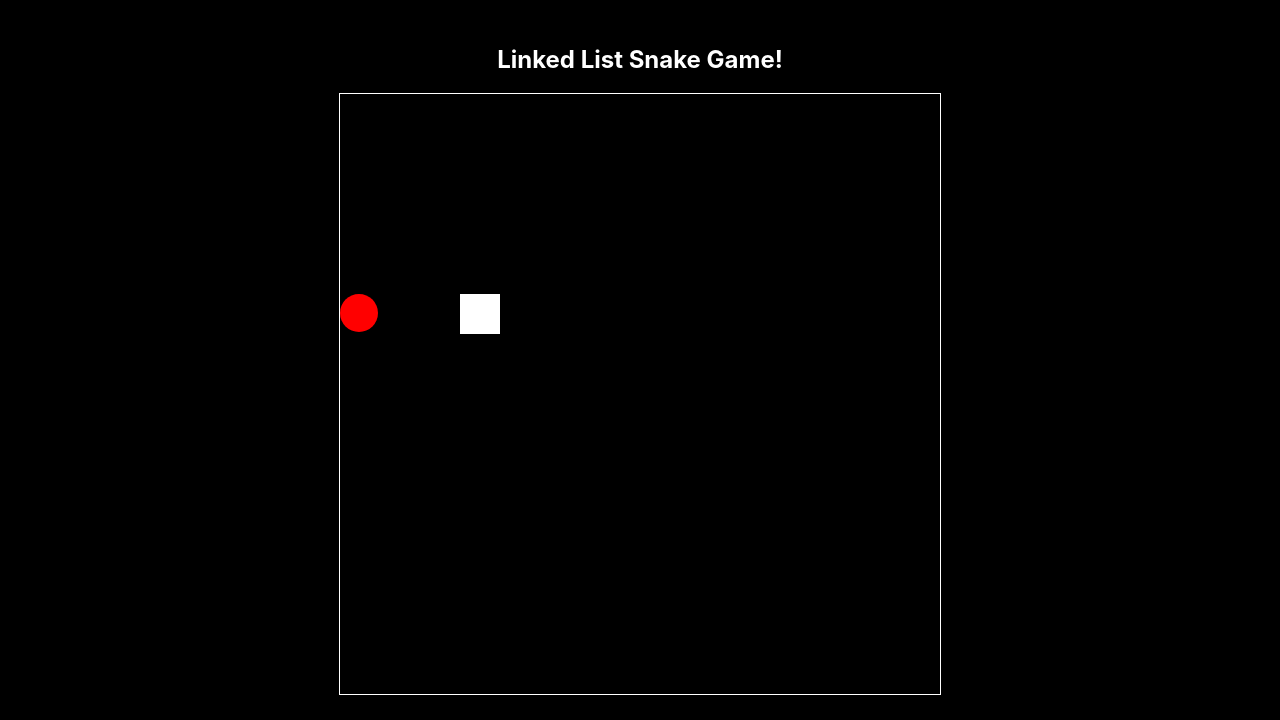
Repository: rehans-Life/linkedlist-snake-game
Page: /
An editor plug-in stored every save of this project. The page is shown before and after the next save, followed by the edit.
The browser window is 1280 px wide. The pictures show the whole page.
The project was rebuilt for these pictures with package versions that can differ from the ones it lists, and the page was loaded fresh each time. The framework's server and built-in components were replaced by stand-ins that run in the browser. Also part of the build but not shown: next.config.js.

Above is the page before, as saved 2023-04-16 02:13:29.

### pages/index.js
import Head from "next/head";
import styles from "../styles/Home.module.css";
import Board from "../components/Board";

export default function Home() {
  return (
    <div className={styles.container}>
      <Head>
        <title>Linked List Snake Game</title>
        <meta name="description" content="linked list snake game" />
        <link rel="icon" href="/favicon.ico" />
      </Head>
      <Board />
    </div>
  );
}

### styles/globals.css
html,
body {
  padding: 0;
  margin: 0;
  font-family: -apple-system, BlinkMacSystemFont, Segoe UI, Roboto, Oxygen,
    Ubuntu, Cantarell, Fira Sans, Droid Sans, Helvetica Neue, sans-serif;
}

a {
  color: inherit;
  text-decoration: none;
}

* {
  box-sizing: border-box;
}

button {
  margin: 0;
  padding: 0;
}

### styles/Home.module.css
.container {
  background-color: rgb(0, 0, 0);
  height: 100vh;
  display: flex;
  align-items: center;
  justify-content: center;
}

.board {
  border: 1px solid white;
}

.score {
  color: white;
  width: 100%;
  text-align: center;
}

.row {
  display: flex;
  align-items: center;
  justify-content: center;
}

.cell {
  width: 40px;
  height: 40px;
}

.snake_cell {
  background-color: green;
}

.food_cell {
  position: relative;
}

.food_cell::before {
  content: "";
  height: 95%;
  position: absolute;
  width: 95%;
  border-radius: 50%;
  background-color: red;
}

.reverse_cell {
  position: relative;
}

.reverse_cell::before {
  content: "";
  height: 95%;
  position: absolute;
  width: 95%;
  border-radius: 50%;
  background-color: purple;
}

.head {
  background-color: white;
}

### components/Board.jsx
/* eslint-disable react-hooks/exhaustive-deps */
import React, { useEffect, useState } from "react";
import styles from "../styles/Home.module.css";
import { createBoard, randomIntInIntervel } from "../utils";

const BOARD_SIZE = 10;

// A Class to represent each node of the linked list
class Node {
  constructor(value, row, col) {
    this.value = value;
    this.row = row;
    this.col = col;
    this.next = null;
  }
}

// A class to represent the singly linked list
class SinglyLinkedList {
  constructor(head) {
    let node = new Node(head.value, head.row, head.col);
    this.head = node;
    this.tail = node;
  }
}

const Direction = {
  UP: "UP",
  RIGHT: "RIGHT",
  DOWN: "DOWN",
  LEFT: "LEFT",
};

const reverseDirection = {
  UP: "DOWN",
  RIGHT: "LEFT",
  DOWN: "UP",
  LEFT: "RIGHT",
};

export default function Board() {
  const [board, setBoard] = useState(createBoard(15));

  // A set to store the values of all snake cells intially our snake will be of size
  // one cell and start from the 44th cells.
  const [snakeCells, setSnakeCells] = useState(new Set([80]));

  // A linked list for our snake initally going to have only one node which
  // is at cell 44.
  const [linkedlist, setLinkedList] = useState(
    new SinglyLinkedList({ value: 80, row: 5, col: 4 })
  );

  const [foodCell, setFoodCell] = useState(85);
  const [direction, setDirection] = useState(Direction.RIGHT);

  const [reverseLinkedList, setReverseLinkedList] = useState(false);
  const [counter, setCounter] = useState(0);

  useEffect(() => {
    window.addEventListener("keydown", (e) => {
      handleKeyDown(e.key);
    });
    let gameStartInternal = setInterval(() => {
      setLinkedList((currLinkedList) => moveLinkedList(currLinkedList));
    }, 250);
    return () => {
      clearInterval(gameStartInternal);
    };
  }, [direction, foodCell, snakeCells]);

  useEffect(() => {
    setSnakeCells((currSnakeCells) => moveSnakeCells(currSnakeCells));
  }, [linkedlist]);

  useEffect(() => {
    setCounter((curr) => curr + 1);
  }, [foodCell]);

  function handleKeyDown(key) {
    const direction = getDirectionFromKey(key);
    if (direction === "") return;
    setDirection(direction);
  }

  const getDirectionFromKey = (key) => {
    if (key === "ArrowUp") return Direction.UP;
    if (key === "ArrowRight") return Direction.RIGHT;
    if (key === "ArrowDown") return Direction.DOWN;
    if (key === "ArrowLeft") return Direction.LEFT;
    return "";
  };

  function moveLinkedList(originalLinkedlist) {
    let linkedList = copyLinkedList(originalLinkedlist);
    let currHead = linkedList.head;
    let newHead = createNewNodeInDirection(board, currHead);

    if (!newHead) {
      setFoodCell(85);
      setDirection(Direction.RIGHT);
      return new SinglyLinkedList({ value: 80, row: 5, col: 4 });
    }

    currHead.next = newHead;
    if (newHead.value === foodCell) {
      if (reverseLinkedList) {
        let reversedLinkedList = createReverseLinkedList(linkedList);
        let newDirection = newReverseDirection(originalLinkedlist.tail);
        setDirection(newDirection);
        while (true) {
          let newFoodCell = randomIntInIntervel(1, board[14][14]);
          if (!snakeCells.has(newFoodCell)) {
            setReverseLinkedList(Math.random() < 0.3);
            setFoodCell(newFoodCell);
            break;
          }
        }
        return { head: reversedLinkedList.head, tail: currHead };
      }

      let growthCell = createNewNodeForGrowth(board, linkedList.tail);
      let temp = linkedList.tail;
      linkedList.tail = growthCell;
      linkedList.tail.next = temp;

      while (true) {
        let newFoodCell = randomIntInIntervel(1, board[14][14]);
        if (!snakeCells.has(newFoodCell)) {
          setReverseLinkedList(Math.random() < 0.3);
          setFoodCell(newFoodCell);
          break;
        }
      }
    }
    return { head: newHead, tail: linkedList.tail.next };
  }

  function newReverseDirection(currHead) {
    let newDirection;
    let nextToHead = currHead.next;

    if (!nextToHead) {
      if (direction === "RIGHT") newDirection = reverseDirection["RIGHT"];
      else if (direction === "LEFT") newDirection = reverseDirection["LEFT"];
      else if (direction === "UP") newDirection = reverseDirection["UP"];
      else newDirection = reverseDirection["DOWN"];
      return newDirection;
    }

    if (direction === "RIGHT") {
      if (nextToHead.col === currHead.col - 1) {
        newDirection = "RIGHT";
      } else {
        newDirection = "LEFT";
      }
    }

    if (direction === "LEFT") {
      if (nextToHead.col === currHead.col + 1) {
        newDirection = "LEFT";
      } else {
        newDirection = "RIGHT";
      }
    }

    if (direction === "UP") {
      if (nextToHead.row === currHead.row + 1) {
        newDirection = "UP";
      } else {
        newDirection = "DOWN";
      }
    }

    if (direction === "DOWN") {
      if (nextToHead.row === currHead.row - 1) {
        newDirection = "DOWN";
      } else {
        newDirection = "UP";
      }
    }
    return newDirection;
  }

  function createReverseLinkedList(linkedList) {
    let tail = linkedList.tail;
    let curr = null;
    let prev = tail;

    while (prev) {
      let temp = prev.next;
      prev.next = curr;
      curr = prev;
      prev = temp;
    }

    return { head: tail, tail: curr };
  }

  function createNewNodeForGrowth(board, currTail) {
    let newTail;
    if (direction === "LEFT")
      newTail = new Node(
        board[currTail.row][currTail.col + 1],
        currTail.row,
        currTail.col + 1
      );
    else if (direction === "RIGHT")
      newTail = new Node(
        board[currTail.row][currTail.col - 1],
        currTail.row,
        currTail.col - 1
      );
    else if (direction === "DOWN") {
      if (currTail.row - 1 < 0) {
        newTail = new Node(
          board[currTail.row + 1][currTail.col],
          currTail.row + 1,
          currTail.col
        );
      } else {
        newTail = new Node(
          board[currTail.row - 1][currTail.col],
          currTail.row - 1,
          currTail.col
        );
      }
    } else if (direction === "UP") {
      if (currTail.row + 1 >= 15) {
        newTail = new Node(
          board[currTail.row - 1][currTail.col],
          currTail.row - 1,
          currTail.col
        );
      } else {
        newTail = new Node(
          board[currTail.row + 1][currTail.col],
          currTail.row + 1,
          currTail.col
        );
      }
    }

    return newTail;
  }

  function createNewNodeInDirection(board, currHead) {
    let newHead = false;
    if (
      direction === "LEFT" &&
      currHead.col - 1 >= 0 &&
      !snakeCells.has(board[currHead.row][currHead.col - 1])
    )
      newHead = new Node(
        board[currHead.row][currHead.col - 1],
        currHead.row,
        currHead.col - 1
      );
    else if (
      direction === "RIGHT" &&
      currHead.col + 1 < 15 &&
      !snakeCells.has(board[currHead.row][currHead.col + 1])
    )
      newHead = new Node(
        board[currHead.row][currHead.col + 1],
        currHead.row,
        currHead.col + 1
      );
    else if (
      direction === "DOWN" &&
      currHead.row + 1 < 15 &&
      !snakeCells.has(board[currHead.row + 1][currHead.col])
    )
      newHead = new Node(
        board[currHead.row + 1][currHead.col],
        currHead.row + 1,
        currHead.col
      );
    else if (
      direction === "UP" &&
      currHead.row - 1 >= 0 &&
      !snakeCells.has(board[currHead.row - 1][currHead.col])
    )
      newHead = new Node(
        board[currHead.row - 1][currHead.col],
        currHead.row - 1,
        currHead.col
      );
    return newHead;
  }

  function copyLinkedList(linkedList) {
    let node = linkedList.tail;
    let newNode = new Node(node.value, node.row, node.col);
    let newTail = newNode;
    while (node.next) {
      let next = node.next;
      let newNext = new Node(next.value, next.row, next.col);
      node = next;
      newNode.next = newNext;
      newNode = newNext;
    }
    return {
      head: newNode,
      tail: newTail,
    };
  }

  function moveSnakeCells() {
    let movedSnake = [];
    let node = linkedlist.tail;

    while (node) {
      movedSnake.push(node.value);
      node = node.next;
    }
    movedSnake.reverse();
    return new Set(movedSnake);
  }

  return (
    <div>
      <h2 className={styles.score}>Linked List Snake Game!</h2>
      <div className={styles.board}>
        {board.map((row, i) => (
          <div key={i} className={styles.row}>
            {row.map((value, j) => (
              <div
                key={j}
                className={`${styles.cell} ${
                  linkedlist.head.value === value
                    ? styles.head
                    : snakeCells.has(value)
                    ? styles.snake_cell
                    : reverseLinkedList && value === foodCell
                    ? styles.reverse_cell
                    : value === foodCell
                    ? styles.food_cell
                    : ""
                }`}
              ></div>
            ))}
          </div>
        ))}
      </div>
    </div>
  );
}

### utils.js
export const randomIntInIntervel = (max, min) => {
  return Math.floor(Math.random() * (max - min + 1)) + min;
};

export const createBoard = (board_size) => {
  // All the cells which have a certain value assigned to them
  let board = [];
  let counter = 1;
  for (let i = 0; i < board_size; i++) {
    let row = [];
    for (let j = 0; j < board_size; j++) row.push(counter++);
    board.push(row);
  }
  return board;
};

Loaded but not shown: pages/_app.js (common file)

After the next save:
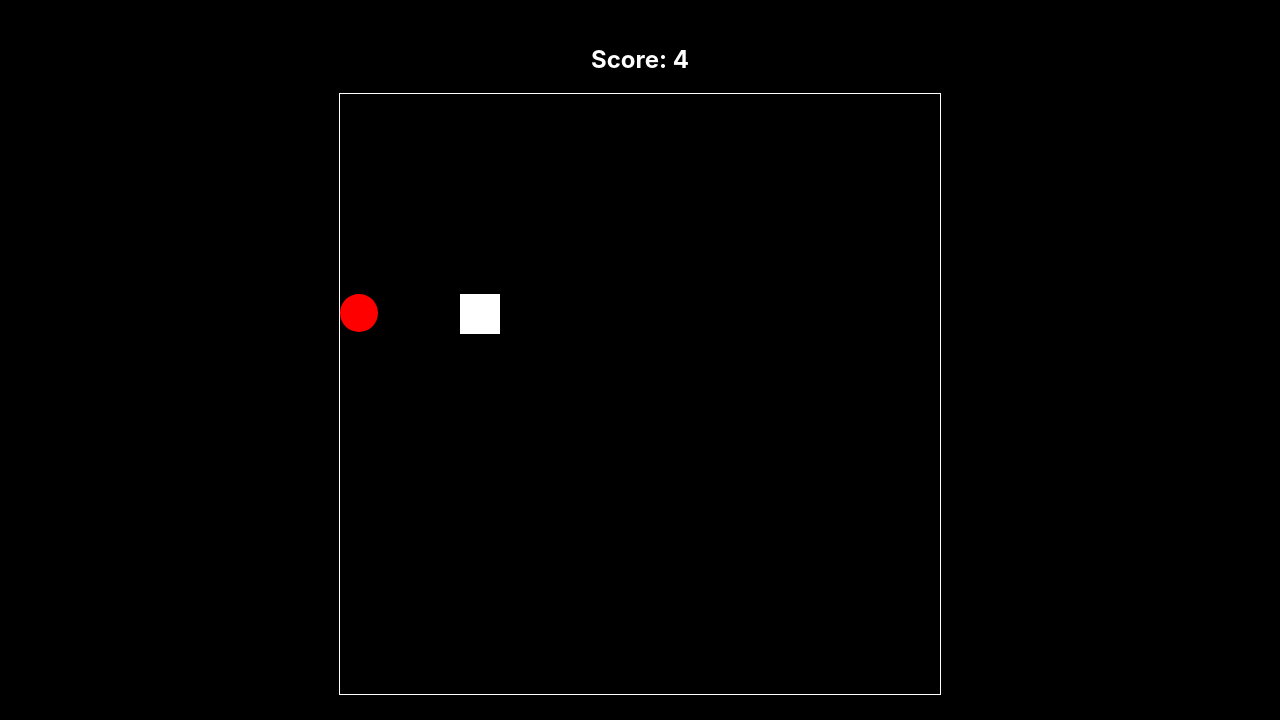
Saved 2 min 21 s later.
--- a/components/Board.jsx
+++ b/components/Board.jsx
@@ -320,7 +320,7 @@ export default function Board() {
 
   return (
     <div>
-      <h2 className={styles.score}>Linked List Snake Game!</h2>
+      <h2 className={styles.score}>Score: {counter}</h2>
       <div className={styles.board}>
         {board.map((row, i) => (
           <div key={i} className={styles.row}>
